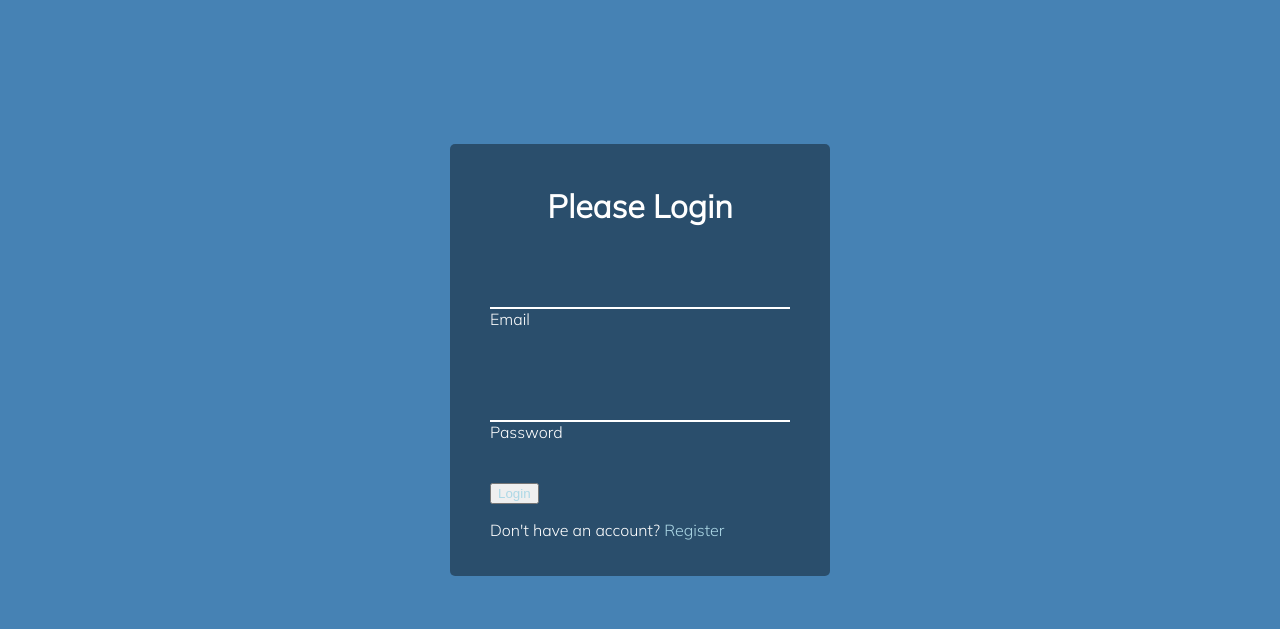
Repository: Berkan71/js-example-little-projects
Page: form-input-wave/index.html
These files come from the project's save history. The page is drawn as it stood at one moment and after the next save; the edit follows.
The browser window is 1280 px wide. The pictures show the whole page.

Above is the page before, as saved 2022-07-27 21:31:22.

### form-input-wave/index.html
<!DOCTYPE html>
<html lang="en">
<head>
    <meta charset="UTF-8">
    <meta http-equiv="X-UA-Compatible" content="IE=edge">
    <meta name="viewport" content="width=device-width, initial-scale=1.0">

    <link rel="stylesheet" href="style.css">
    <title>Form Input Wave</title>
</head>
<body>
    <div class="container">
        <h1>Please Login</h1>
        <form>
            <div class="form-control">
                <input type="text" required>
                <label>Email</label>
            </div>
            <div class="form-control">
                <input type="password" required>
                <label>Password</label>
            </div>

            <button class="btn">Login</button>

            <p class="text">Don't have an account? <a href="#">Register</a></p>
        </form>
    </div>

    <script src="script.js"></script>
</body>
</html>

### form-input-wave/style.css
@import url('https://fonts.googleapis.com/css2?family=Mulish:wght@300&display=swap');

* {
    box-sizing: border-box;
}

body {
    background-color: steelblue;
    color: #fff;
    font-family: 'Mulish', sans-serif;
    display: flex;
    flex-direction: column;
    align-items: center;
    justify-content: center;
    height: 100vh;
    overflow: hidden;
    margin: 0;
}

.container {
    background-color: rgba(0, 0, 0, 0.4);
    padding: 20px 40px;
    border-radius: 5px;
}

.container h1 {
    text-align: center;
    margin-bottom: 30px;
}

.container a {
    text-decoration: none;
    color: lightblue;
}

.btn {
    cursor: pointer;
    color: lightblue;
}

.form-control {
    position: relative;
    margin: 20px 0 40px;
    width: 300px;
}

.form-control input {
    background-color: transparent;
    border: 0;
    border-bottom:  2px #fff solid;
    display: block;
    width: 100%;
    padding: 15px 0;
    font-size: 18px;
    color: #fff;
}

.form-control input:focus,
.form-control input:valid {
    outline: 0;
}

Loaded but not shown: form-input-wave/script.js (no stored copy; drawn as an empty file)

After the next save:
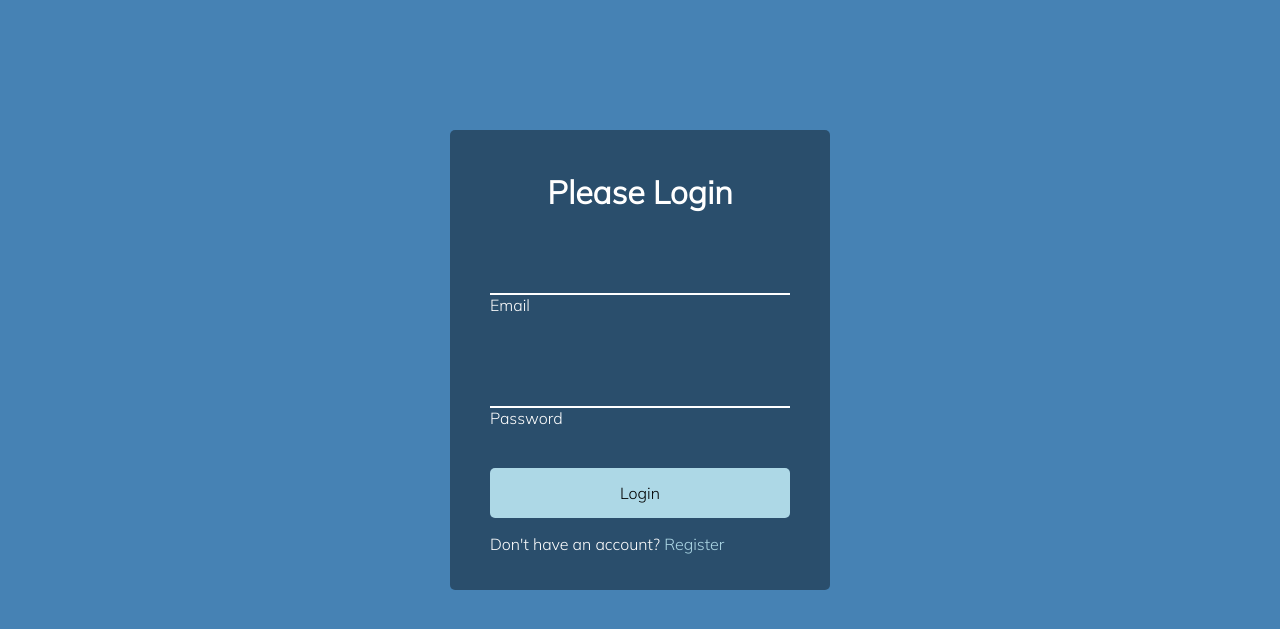
Saved 116 s later.
--- a/form-input-wave/style.css
+++ b/form-input-wave/style.css
@@ -35,7 +35,22 @@ body {
 
 .btn {
     cursor: pointer;
-    color: lightblue;
+    display: inline-block;
+    width: 100%;
+    background: lightblue;
+    padding: 15px;
+    font-family: inherit;
+    font-size: 16px;
+    border: 0;
+    border-radius: 5px;
+}
+
+.btn:focus {
+    outline: 0;
+}
+
+.btn:active {
+    transform: scale(0.98);
 }
 
 .form-control {
